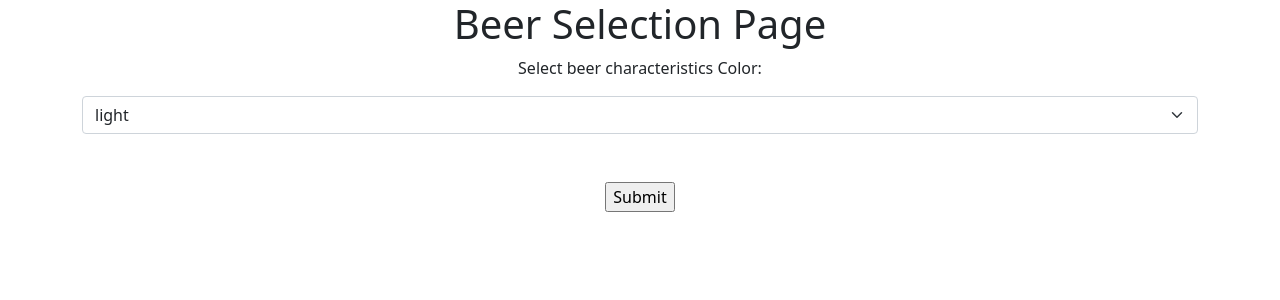
Repository: vedang03/servlet-jsp
Page: http://localhost/10-beer-app/beerSelect.jsp
An editor plug-in stored every save of this project. The page is shown before and after the next save, followed by the edit.
The browser window is 1280 px wide. The pictures show the whole page.
The page is served by Tomcat 9. Other server files are loaded and not shown.

Above is the page before, as saved 2023-10-14 15:37:53.

### 10-beer-app/WebContent/beerSelect.jsp
<%@ page language="java" contentType="text/html; charset=ISO-8859-1"
    pageEncoding="ISO-8859-1"%>
<!DOCTYPE html>
<html>
<head>
<meta charset="ISO-8859-1">
<title>Insert title here</title>
<link
	href="https://cdn.jsdelivr.net/npm/bootstrap@5.0.2/dist/css/bootstrap.min.css"
	rel="stylesheet"
	integrity="sha384-EVSTQN3/azprG1Anm3QDgpJLIm9Nao0Yz1ztcQTwFspd3yD65VohhpuuCOmLASjC"
	crossorigin="anonymous">
<script
	src="https://cdn.jsdelivr.net/npm/bootstrap@5.0.2/dist/js/bootstrap.bundle.min.js"
	integrity="sha384-MrcW6ZMFYlzcLA8Nl+NtUVF0sA7MsXsP1UyJoMp4YLEuNSfAP+JcXn/tWtIaxVXM"
	crossorigin="anonymous"></script>
</head>
<body>
<h1 align="center">Beer Selection Page</h1>
<form method="POST" action="SelectBeer.do">
<p align="center" >Select beer characteristics
Color:
</p>
<center>
<div class="container mt-3">
<select name="color" size="1" class="form-select">
<option value="light">light</option>
<option value="amber">amber</option>
<option value="brown">brown</option>
<option value="dark">dark</option>
</select>
</div>
</center>
<br><br>
<center>
<input type="SUBMIT">
</center>
</form>
</body>
</html>

After the next save:
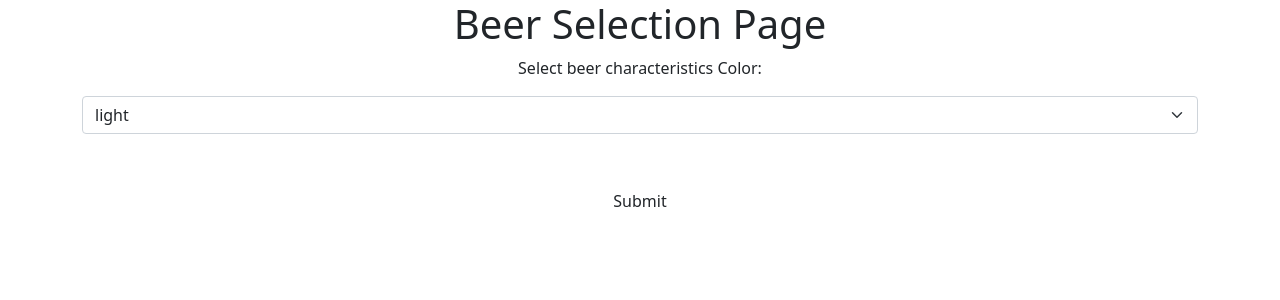
Saved 44 s later.
--- a/10-beer-app/WebContent/beerSelect.jsp
+++ b/10-beer-app/WebContent/beerSelect.jsp
@@ -33,7 +33,7 @@ Color:
 </center>
 <br><br>
 <center>
-<input type="SUBMIT">
+<input type="SUBMIT" class="btn btn-outline success">
 </center>
 </form>
 </body>
